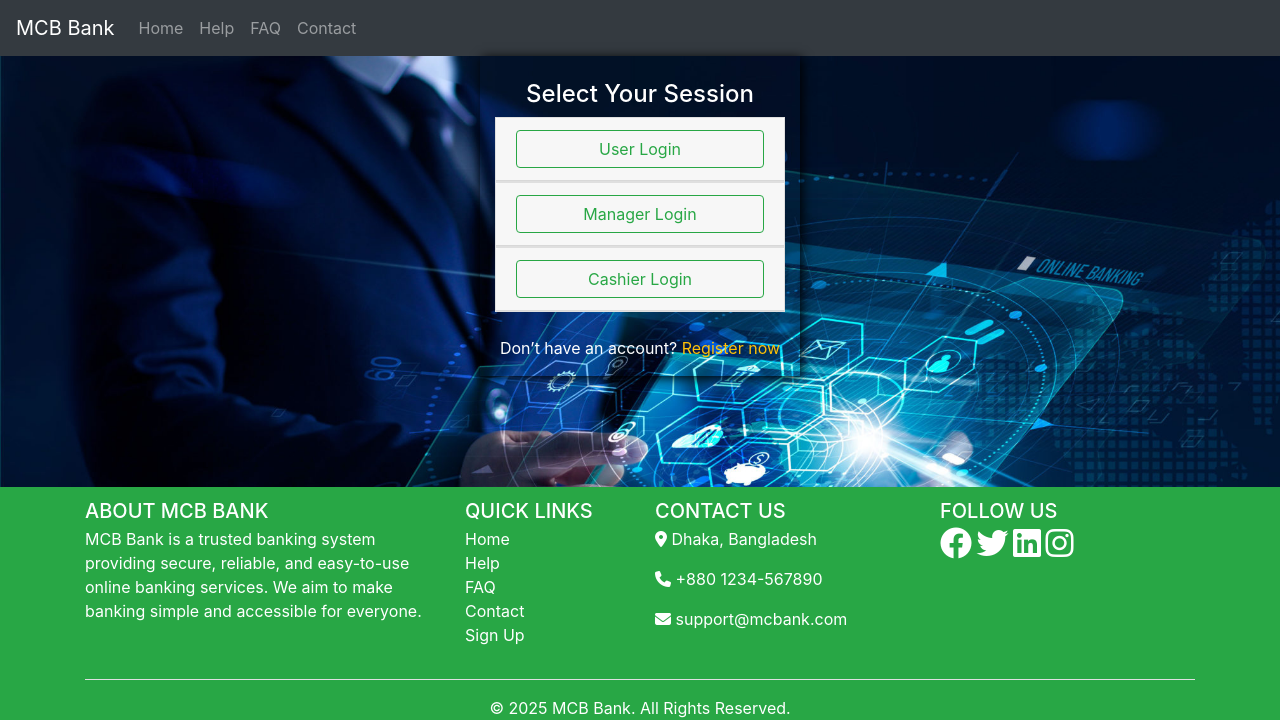
Repository: mhbshimla/my-bank
Page: http://localhost/login.php
An editor plug-in stored every save of this project. The page is shown before and after the next save, followed by the edit.
The browser window is 1280 px wide. The pictures show the whole page.
The page is run by PHP 8.4 with error messages shown; the project is at /var/www/html/.

Above is the page before, as saved 2025-10-06 23:27:46.

### login.php
<!DOCTYPE html>
<html>
<head>
	<title>Banking</title>
	<?php require 'assets/autoloader.php'; ?>
	<?php require 'assets/function.php'; ?>
	<?php
    $con = new mysqli('localhost','root','','mybank');
    define('bankName', 'MCB Bank');

		$error = "";
		if (isset($_POST['userLogin']))
		{
  			$user = $_POST['email'];
		    $pass = $_POST['password'];
		    $result = $con->query("select * from userAccounts where email='$user' AND password='$pass'");
		    if($result->num_rows>0)
		    {
		      session_start();
		      $data = $result->fetch_assoc();
		      $_SESSION['userId']=$data['id'];
		      $_SESSION['user'] = $data;
		      header('location:index.php');
		     }
		    else
		    {
		      $error = "<div class='alert alert-warning text-center rounded-0'>Username or password wrong try again!</div>";
		    }
		}

		if (isset($_POST['cashierLogin']))
		{
  			$user = $_POST['email'];
		    $pass = $_POST['password'];
		    $result = $con->query("select * from login where email='$user' AND password='$pass'");
		    if($result->num_rows>0)
		    {
		      session_start();
		      $data = $result->fetch_assoc();
		      $_SESSION['cashId']=$data['id'];
		      header('location:cindex.php');
		     }
		    else
		    {
		      $error = "<div class='alert alert-warning text-center rounded-0'>Username or password wrong try again!</div>";
		    }
		}

		if (isset($_POST['managerLogin']))
		{
  			$user = $_POST['email'];
		    $pass = $_POST['password'];
		    $result = $con->query("select * from login where email='$user' AND password='$pass' AND type='manager'");
		    if($result->num_rows>0)
		    {
		      session_start();
		      $data = $result->fetch_assoc();
		      $_SESSION['managerId']=$data['id'];
		      header('location:mindex.php');
		     }
		    else
		    {
		      $error = "<div class='alert alert-warning text-center rounded-0'>Username or password wrong try again!</div>";
		    }
		}
	 ?>
</head>

<!-- <body style="background: url(images/bg-login2.jpg); background-size: cover; min-height:100vh; display:flex; flex-direction:column;"> -->
<body style="background: url(images/bg-login5.jpg); background-size: cover; min-height:100vh; display:flex; flex-direction:column;">

<nav class="navbar navbar-expand-lg navbar-dark bg-dark">
  <a class="navbar-brand" href="index.php">MCB Bank</a>
  <button class="navbar-toggler" type="button" data-toggle="collapse" data-target="#navbarNav" aria-controls="navbarNav" aria-expanded="false" aria-label="Toggle navigation">
    <span class="navbar-toggler-icon"></span>
  </button>

  <div class="collapse navbar-collapse" id="navbarNav">
    <ul class="navbar-nav mr-auto">
      <li class="nav-item"><a class="nav-link" href="home.php">Home</a></li>
      <!-- <li class="nav-item"><a class="nav-link" href="aboutourbank.php">About Our Bank</a></li> -->
      <li class="nav-item"><a class="nav-link" href="help.php">Help</a></li>
      <li class="nav-item"><a class="nav-link" href="faq.php">FAQ</a></li>
      <li class="nav-item"><a class="nav-link" href="contact.php">Contact</a></li>
    </ul>
    <ul class="navbar-nav">
      <!-- <li class="nav-item"><a class="btn btn-outline-light mr-2" href="login.php">Login</a></li> -->
      <!-- <li class="nav-item"><a class="btn btn-success" href="signup.php">Register Now</a></li> -->
    </ul>
  </div>
</nav>


<?php echo $error ?>

<!-- <main class="flex-fill d-flex justify-content-end align-items-center"> -->
  <main class="flex-fill d-flex justify-content-center align-items-center">
  <!-- <div id="accordion" role="tablist" class="w-25 shadowBlack me-5"> -->
	<!-- <div id="accordion" role="tablist" class="w-25 float-right shadowBlack" style="margin-right: 222px"> -->
	<div id="accordion" role="tablist" class="col-12 col-sm-8 col-md-6 col-lg-4 col-xl-3 shadowBlack me-lg-5">
  	<br><h4 class="text-center text-white">Select Your Session</h4>
    <div class="card rounded-0">
      <div class="card-header" role="tab" id="headingOne">
        <h5 class="mb-0">
          <a style="text-decoration: none;" data-toggle="collapse" href="#collapseOne" aria-expanded="true" aria-controls="collapseOne">
           <button class="btn btn-outline-success btn-block">User Login</button>
          </a>
        </h5>
      </div>
      <div id="collapseOne" class="collapse" role="tabpanel" aria-labelledby="headingOne" data-parent="#accordion">
        <div class="card-body">
         <form method="POST">
         	<input type="email" value="some2@gmail.com" name="email" class="form-control" required placeholder="Enter Email">
         	<input type="password" name="password" value="some2" class="form-control" required placeholder="Enter Password">
         	<button type="submit" class="btn btn-primary btn-block btn-sm my-1" name="userLogin">Enter </button>
         </form>
        </div>
      </div>
    </div>

    <div class="card rounded-0">
      <div class="card-header" role="tab" id="headingTwo">
        <h5 class="mb-0">
          <a class="collapsed btn btn-outline-success btn-block" data-toggle="collapse" href="#collapseTwo" aria-expanded="false" aria-controls="collapseTwo">
            Manager Login
          </a>
        </h5>
      </div>
      <div id="collapseTwo" class="collapse" role="tabpanel" aria-labelledby="headingTwo" data-parent="#accordion">
        <div class="card-body">
           <form method="POST">
         	<input type="email" value="manager@manager.com" name="email" class="form-control" required placeholder="Enter Email">
         	<input type="password" name="password" value="manager" class="form-control" required placeholder="Enter Password">
         	<button type="submit" class="btn btn-primary btn-block btn-sm my-1" name="managerLogin">Enter </button>
         </form>
        </div>
      </div>
    </div>

    <div class="card rounded-0">
      <div class="card-header" role="tab" id="headingThree">
        <h5 class="mb-0">
          <a class="collapsed btn btn-outline-success btn-block" data-toggle="collapse" href="#collapseThree" aria-expanded="false" aria-controls="collapseThree">
           Cashier Login
          </a>
        </h5>
      </div>
      <div id="collapseThree" class="collapse" role="tabpanel" aria-labelledby="headingThree" data-parent="#accordion">
        <div class="card-body">
          <form method="POST">
         	<input type="email" value="cashier@cashier.com" name="email" class="form-control" required placeholder="Enter Email">
         	<input type="password" name="password" value="cashier" class="form-control" required placeholder="Enter Password">
         	<button type="submit"  class="btn btn-primary btn-block btn-sm my-1" name="cashierLogin">Enter </button>
         </form>
        </div>
      </div>
    </div>
    <!-- Register Prompt -->
    <div class="text-center mt-4 mb-3">
       <p class="text-white">Don’t have an account? <a href="signup.php" class="text-warning font-weight-normal">Register now</a></p>
        <!-- <a href="signup.php" style="color: skyblue; font-weight: normal;">Register now</a> -->
       <!-- <p class="mt-3 text-white">Don’t have an account? <a href="signup.php">Register now</a></p> -->
    </div>
  </div>
</main>

<!-- <footer class="bg-success text-white pt-5 pb-3 mt-auto"> -->
  <footer class="bg-success text-white pt-1 mt-auto" style="background-color: #146c43;">
  <div class="container">
    <div class="row">

      <!-- About Section -->
      <div class="col-md-4 text-sm">
        <h5 class="text-uppercase mb-1 mt-2">About <?php echo bankName; ?></h5>
        <p class="text-sm">
          <?php echo bankName; ?> is a trusted banking system providing secure,
          reliable, and easy-to-use online banking services. We aim to make
          banking simple and accessible for everyone.
        </p>
      </div>

      <!-- Quick Links -->
      <div class="col-md-2 text-sm">
        <h5 class="text-uppercase mb-1 mt-2">Quick Links</h5>
        <ul class="list-unstyled">
          <li><a href="home.php" class="text-white text-decoration-none">Home</a></li>
          <li><a href="help.php" class="text-white text-decoration-none">Help</a></li>
          <li><a href="faq.php" class="text-white text-decoration-none">FAQ</a></li>
          <li><a href="contact.php" class="text-white text-decoration-none">Contact</a></li>
          <li><a href="signup.php" class="text-white text-decoration-none">Sign Up</a></li>
        </ul>
      </div>

      <!-- Contact Info -->
      <div class="col-md-3 text-sm">
        <h5 class="text-uppercase mb-1 mt-2">Contact Us</h5>
        <p><i class="fas fa-map-marker-alt"></i> Dhaka, Bangladesh</p>
        <p><i class="fas fa-phone"></i> +880 1234-567890</p>
        <p><i class="fas fa-envelope"></i> support@mcbank.com</p>
      </div>

      <!-- Social Media -->
      <div class="col-md-3 text-sm">
        <h5 class="text-uppercase mb-1 mt-2">Follow Us</h5>
        <a href="#" class="text-white me-3"><i class="fab fa-facebook fa-2x"></i></a>
        <a href="#" class="text-white me-3"><i class="fab fa-twitter fa-2x"></i></a>
        <a href="#" class="text-white me-3"><i class="fab fa-linkedin fa-2x"></i></a>
        <a href="#" class="text-white"><i class="fab fa-instagram fa-2x"></i></a>
      </div>

    </div>
    <hr class="bg-light">
    <div class="text-center">
      &copy; <?php echo date("Y"); ?> <?php echo bankName; ?>. All Rights Reserved.
    </div>
  </div>
</footer>

<!-- Font Awesome for icons -->
<!-- <script src="https://kit.fontawesome.com/a076d05399.js" crossorigin="anonymous"></script> -->
<link rel="stylesheet" href="https://cdnjs.cloudflare.com/ajax/libs/font-awesome/6.4.0/css/all.min.css">

</body>
</html>

### assets/autoloader.php

<link rel="stylesheet" type="text/css" href="css/bootstrap.min.css">
<link rel="stylesheet" type="text/css" href="css/custom.css">
<link rel="stylesheet" type="text/css" href="font-awesome/css/font-awesome.min.css">
<script src='js/jquery-3.2.1.min.js'></script>
<script src='js/popper.min.js'></script>
<script src='js/bootstrap.min.js'></script>

### assets/function.php
<?php
function setBalance($amount,$process,$accountNo)
{
	$con = new mysqli('localhost','root','','mybank');
	$array = $con->query("select * from userAccounts where accountNo='$accountNo'");
	$row = $array->fetch_assoc();
	if ($process == 'credit')
	{
		$balance = $row['balance'] + $amount;
		return $con->query("update userAccounts set balance = '$balance' where accountNo = '$accountNo'");
	}else
	{
		$balance = $row['balance'] - $amount;
		return $con->query("update userAccounts set balance = '$balance' where accountNo = '$accountNo'");
	}
}
function setOtherBalance($amount,$process,$accountNo)
{
	$con = new mysqli('localhost','root','','mybank');
	$array = $con->query("select * from otheraccounts where accountNo='$accountNo'");
	$row = $array->fetch_assoc();
	if ($process == 'credit')
	{
		$balance = $row['balance'] + $amount;
		return $con->query("update otheraccounts set balance = '$balance' where accountNo = '$accountNo'");
	}else
	{
		$balance = $row['balance'] - $amount;
		return $con->query("update otheraccounts set balance = '$balance' where accountNo = '$accountNo'");
	}
}
function makeTransaction($action,$amount,$other)
{
	$con = new mysqli('localhost','root','','mybank');
	if ($action == 'transfer')
	{
		return $con->query("insert into transaction (action,debit,other,userId) values ('transfer','$amount','$other','$_SESSION[userId]')");
	}
	if ($action == 'withdraw')
	{
		return $con->query("insert into transaction (action,debit,other,userId) values ('withdraw','$amount','$other','$_SESSION[userId]')");

	}
	if ($action == 'deposit')
	{
		return $con->query("insert into transaction (action,credit,other,userId) values ('deposit','$amount','$other','$_SESSION[userId]')");

	}
}
function makeTransactionCashier($action,$amount,$other,$userId)
{
	$con = new mysqli('localhost','root','','mybank');
	if ($action == 'transfer')
	{
		return $con->query("insert into transaction (action,debit,other,userId) values ('transfer','$amount','$other','$userId')");
	}
	if ($action == 'withdraw')
	{
		return $con->query("insert into transaction (action,debit,other,userId) values ('withdraw','$amount','$other','$userId')");

	}
	if ($action == 'deposit')
	{
		return $con->query("insert into transaction (action,credit,other,userId) values ('deposit','$amount','$other','$userId')");

	}
}
 ?>

### css/custom.css
.omit1{background: rgba(0,0,0,0.1);}
.omit2{background: rgba(0,0,0,0.2);}
.omit3{background: rgba(0,0,0,0.3);}
.omit4{background: rgba(0,0,0,0.4);}
.omit5{background: rgba(0,0,0,0.5);}
.omit6{background: rgba(0,0,0,0.6);}
.omit7{background: rgba(0,0,0,0.7);}
.omit8{background: rgba(0,0,0,0.8);}
.omit9{background: rgba(0,0,0,0.9);}

.shadowBlack{box-shadow: 2px 2px 11px black}
.shadowGreen{box-shadow: 2px 2px 11px green}
.shadowBlue{box-shadow: 2px 2px 11px blue}
.shadowWhite{box-shadow: 2px 2px 11px white}

Loaded but not shown: css/bootstrap.min.css (library); font-awesome/css/font-awesome.min.css (library); js/jquery-3.2.1.min.js (library); js/popper.min.js (library); js/bootstrap.min.js (library)

After the next save:
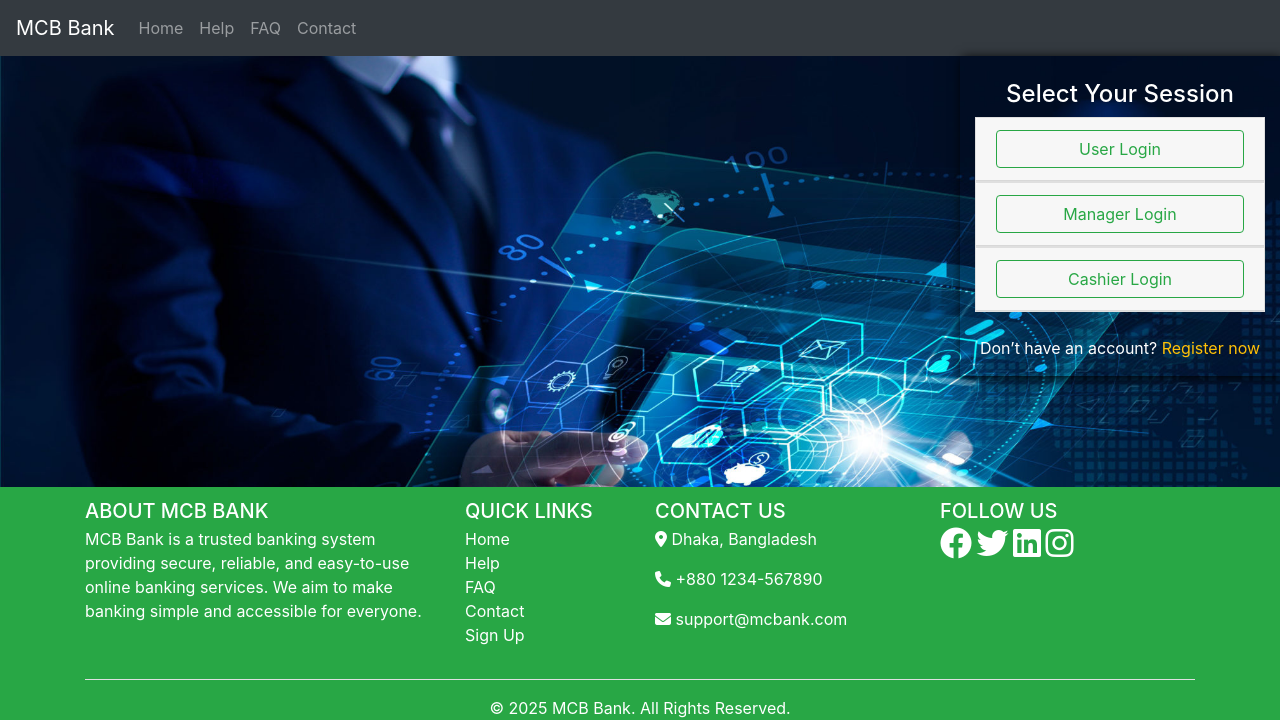
Saved 62 s later.
--- a/login.php
+++ b/login.php
@@ -94,7 +94,7 @@
 <?php echo $error ?>
 
 <!-- <main class="flex-fill d-flex justify-content-end align-items-center"> -->
-  <main class="flex-fill d-flex justify-content-center align-items-center">
+  <main class="flex-fill d-flex justify-content-end align-items-center">
   <!-- <div id="accordion" role="tablist" class="w-25 shadowBlack me-5"> -->
 	<!-- <div id="accordion" role="tablist" class="w-25 float-right shadowBlack" style="margin-right: 222px"> -->
 	<div id="accordion" role="tablist" class="col-12 col-sm-8 col-md-6 col-lg-4 col-xl-3 shadowBlack me-lg-5">
